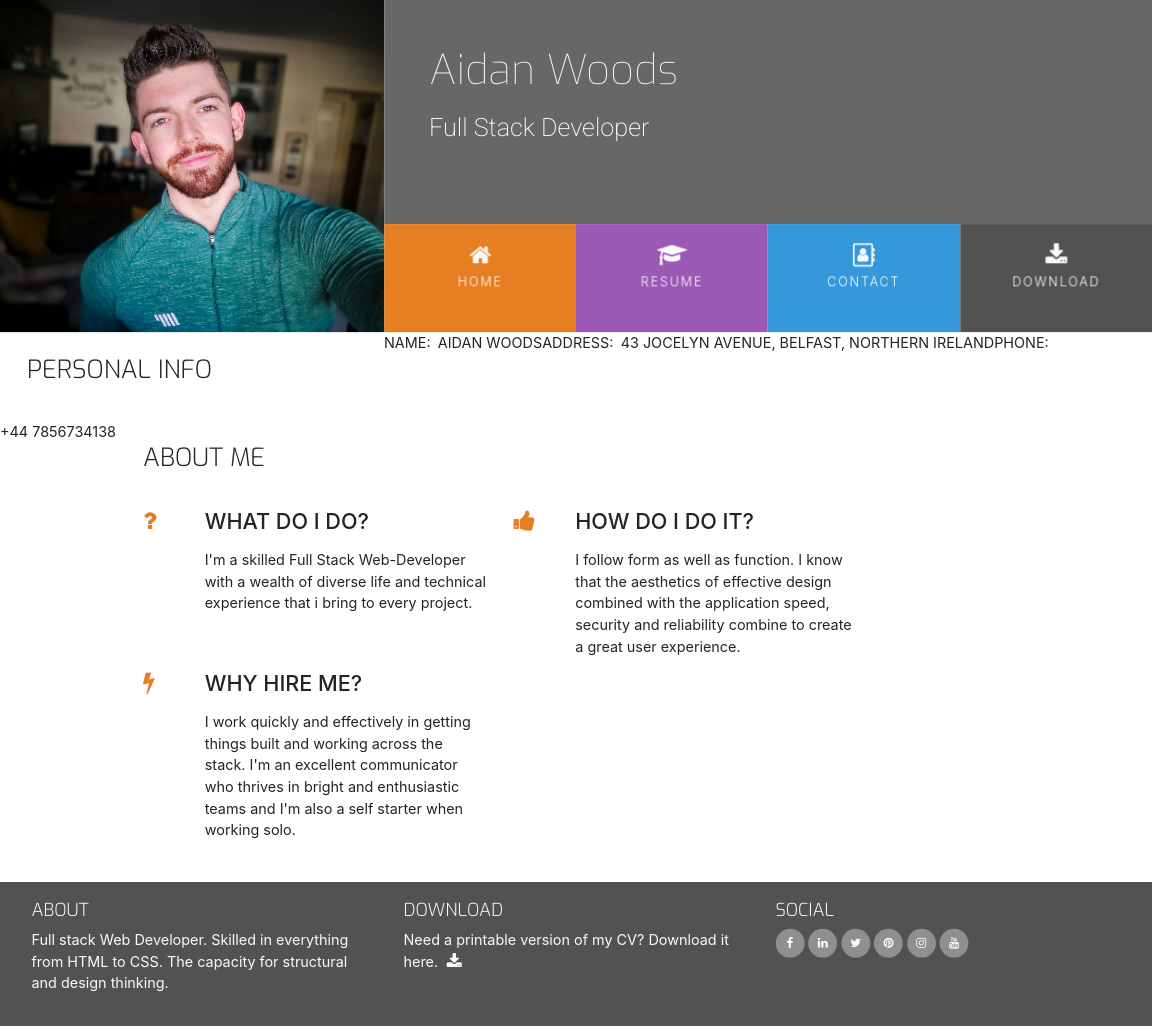
Repository: woodsyboi/Resume
Page: index.html
The author's editor kept a record of every edit. The page is drawn from the files as they stood at one moment, then again after the next edit.
The browser window is 1280 px wide. The pictures show the whole page, at 90% of full size.

Above is the page before.

### index.html
<!DOCTYPE html>
<html lang="en">

<head>
    <meta charset="UTF-8">
    <meta name="viewport" content="width=device-width, initial-scale=1.0">
    <meta http-equiv="X-UA-Compatible" content="ie=edge">
    <link rel="stylesheet" href="https://stackpath.bootstrapcdn.com/bootstrap/4.3.1/css/bootstrap.min.css" type="text/css" />
    <link rel="stylesheet" href="https://stackpath.bootstrapcdn.com/font-awesome/4.7.0/css/font-awesome.min.css" type="text/css" />
    <link rel="stylesheet" href="https://cdnjs.cloudflare.com/ajax/libs/hover.css/2.3.1/css/hover-min.css
" type="text/css" />
    <link rel="stylesheet" href="assets/css/style.css" type="text/css" />
    <title>Aidan</title>
</head>

<body>
    <header>
        <div class="row no-gutters">
            <a href="index.html" class="col-md-4 logo">

            </a>
            <div class="col-md-8">
                <div class="row no-gutters bg-color-name-title">
                    <div class="col heading">
                        <h1 class="name">Aidan Woods</h1>
                        <h2 class="title">Full Stack Developer</h2>
                    </div>

                </div>
                <div class="row no-gutters">
                    <div class="col">
                        <ul id="nav" class="list-inline menucontainer">
                            <li class="col-6 col-sm-3 ui-menu-color-home list-inline-item menuitem">
                                <a href="#" class="hvr-sweep-to-bottom"><i class="fa fa-home"></i><span>Home</span></a>
                            </li>
                            <li class="col-6 col-sm-3 ui-menu-color-resume list-inline-item menuitem">
                                <a href="#" class="hvr-sweep-to-bottom"><i class="fa fa-graduation-cap"></i><span>Resume</span></a>
                            </li>
                            <li class="col-6 col-sm-3 ui-menu-color-contact list-inline-item menuitem">
                                <a href="#" class="hvr-sweep-to-bottom"><i class="fa fa-address-book-o"></i><span>Contact</span></a>
                            </li>
                            <li class="col-6 col-sm-3 ui-menu-color-download list-inline-item menuitem">
                                <a href="#" class="hvr-sweep-to-bottom"><i class="fa fa-download"></i><span>Download</span></a>
                            </li>
                        </ul>
                    </div>
                </div>

            </div>
        </div>
    </header>

    <section class="container-fluid">

        <div class="row ">
            <div class="col-md-4 bg-color-personal-infor section-coloum">
                <div class="col-12">
                    <h3 class="section-heading uppercase">
                        Personal Info
                    </h3>
                </div>
            </div>
            <div class="personal-info-item">
                <div class="key">
                    <p class="uppercase">
                        Name:

                    </p>

                </div>
            </div>
            <div class="value">
                <p class="uppercase">
                    Aidan Woods
                </p>
            </div>
             <div class="personal-info-item">
                <div class="key">
                    <p class="uppercase">
                        Address:

                    </p>

                </div>
            </div>
            <div class="value">
                <p class="uppercase">
                    43 Jocelyn Avenue, Belfast, Northern Ireland
                </p>
            </div>
             <div class="personal-info-item">
                <div class="key">
                    <p class="uppercase">
                        Phone:

                    </p>

                </div>
            </div>
            <div class="value">
                <p class="uppercase">
                    +44 7856734138
                </p>
            </div>
            <div class="col-md-8 bg-color-three-reasons section-column">
                <div class="row">
                    <div class="col">
                        <h3 class="section-heading uppercase">About Me</h3>
                    </div>
                </div>
                <div class="row">
                    <div class="col-10 offset-1 offset-sm-0 col-sm-4 col-md-6">
                        <div class="row">
                            <div class="col-2">
                                <i class="three-reasons-icon fa fa-question" aria-hidden="true"></i>
                            </div>
                            <div class="col-10">
                                <h4 class="three-reasons-heading uppercase"> What do I do?</h4>
                                <p>
                                    I'm a skilled Full Stack Web-Developer with a wealth of diverse life and technical experience that i bring to every project.
                                </p>
                            </div>
                        </div>
                    </div>
                    <div class="col-10 offset-1 offset-sm-0 col-sm-4 col-md-6">
                        <div class="row">
                            <div class="col-2">
                                <i class="three-reasons-icon fa fa-thumbs-up" aria-hidden="true"></i>
                            </div>
                            <div class="col-10">
                                <h4 class="three-reasons-heading uppercase"> How Do I Do It?</h4>
                                <p>
                                    I follow form as well as function. I know that the aesthetics of effective design combined with the application speed, security and reliability combine to create a great user experience.

                                </p>
                            </div>
                        </div>
                    </div>
                    <div class="col-10 offset-1 offset-sm-0 col-sm-4 col-md-6">
                        <div class="row">
                            <div class="col-2">
                                <i class="three-reasons-icon fa fa-bolt" aria-hidden="true"></i>
                            </div>
                            <div class="col-10">
                                <h4 class="three-reasons-heading uppercase"> Why Hire Me?</h4>
                                <p>
                                    I work quickly and effectively in getting things built and working across the stack. I'm an excellent communicator who thrives in bright and enthusiastic teams and I'm also a self starter when working solo.
                                </p>
                            </div>
                        </div>
                    </div>


                </div>
            </div>
        </div>

    </section>


    <footer class="container-fluid">
        <div id="footer-details" class="row">
            <div class="col-sm-4">
                <h5 class="uppercase general-sub">About</h5>
                <p class="inline-block">
                    Full stack Web Developer. Skilled in everything from HTML to CSS. The capacity for structural and design thinking.</p>

            </div>
            <div class="col-sm-4">
                <h5 class="uppercase general-sub">Download</h5>
                <p class="inline-block">
                    Need a printable version of my CV? Download it here.
                    <a href="#" target="_blank" class="cv-pdf">
                        <i class="fa fa-download" aria-hidden="true"></i>
                        <span class="sr-only"> Download Link.</span>
                    </a>
                </p>

            </div>
            <div class="col-sm-4">
                <h5 class="uppercase general-sub">Social</h5>
                <ul class="list-inline social-links">
                    <li class="list-inline-item">
                        <a target="_blank" href="#">
                            <i class="fa fa-facebook" aria-hidden="true"></i>
                            <span class="sr-only">Facebook</span>
                        </a>
                    </li>
                    <li class="list-inline-item">
                        <a target="_blank" href="#">
                            <i class="fa fa-linkedin" aria-hidden="true"></i>
                            <span class="sr-only">LinkedIn</span>
                        </a>
                    </li>
                    <li class="list-inline-item">
                        <a target="_blank" href="#">
                            <i class="fa fa-twitter" aria-hidden="true"></i>
                            <span class="sr-only">Twitter</span>
                        </a>
                    </li>
                    <li class="list-inline-item">
                        <a target="_blank" href="#">
                            <i class="fa fa-pinterest" aria-hidden="true"></i>
                            <span class="sr-only">Pinterest</span>
                        </a>
                    </li>
                    <li class="list-inline-item">
                        <a target="_blank" href="#">
                            <i class="fa fa-instagram" aria-hidden="true"></i>
                            <span class="sr-only">Instagram</span>
                        </a>
                    </li>
                    <li class="list-inline-item">
                        <a target="_blank" href="#">
                            <i class="fa fa-youtube" aria-hidden="true"></i>
                            <span class="sr-only">YouTube</span>
                        </a>
                    </li>
                </ul>

            </div>
        </div>
    </footer>

</body>

</html>

### assets/css/style.css
@import url('https://fonts.googleapis.com/css?family=Roboto:100,200,300,400,500,600,700|Exo:100,200,300,400,500,600,700');


/*------------------------------Colors--------*/

.bg-color-name-title {
    background-color: #676767;
}


.bg-color-three-reasons {
    background-color:#fff;
}

.bg-color-personal-info {
    background-color: #f4f4f4;
}

.ui-menu-color-home {
    background-color: #e67e22;

}

.ui-menu-color-resume {
    background-color: #9b59b6;

}

.ui-menu-color-contact {
    background-color: #3498db;

}

.ui-menu-color-download {
    background-color: #525252;

}


/*----------------------------special paddings/margins/text*/

h1,
h2,
h3,
h4 {
    margin: 0;
}

.uppercase {
    text-transform: uppercase;
}

.general-sub {
    font-family:"Exo", sans-serif;
    font-weight: 300;
    color: #fafafa;
}

.inline-block{
    display:inline-block;
}

.row-table {
    display:table;
}

.section-column {
    display:table-cell;
    padding:0 30px 30px;
    float:none;
}

.section-heading{
    font-family:"Exo", sans-serif;
    font-weight: 300;
    margin-top: 25px;
    margin-bottom: 40px;
}
/*-------------------------------Heading--------*/

header {

    margin: 0;

}

.heading {
    margin-left: 50px;

}

.logo {
    background: url("../images/my_face.jpg");
    background-position: center;
    background-repeat: no-repeat;
    background-size: cover;
    min-height: 360px;
    transition: all .5s ease-in-out;
    -moz-transition: all .5s ease-in-out;
    -webkit-transition: all .5s ease-in-out;
}

.name {
    font-family: "Exo", sans-serif;
    font-weight: 100;
    font-size: 46px;
    margin-top: 50px;
    color: #fff;

}

.title {
    font-family: "Roboto", sans-serif;
    font-weight: 200;
    font-size: 28px;
    margin-top: 20px;
    margin-bottom: 90px;
    color: #fff;

}

.list-inline-item:not(:last-child) {
    margin: 0;
}

.menucontainer {
    font-size: 0;
}

#nav {
    margin: 0;
}

#nav li {
    font-size: 14px;
    padding: 0;
}


.menuitem {
    height: 120px;
    text-align: center;
    padding: 0;

}

.menuitem a {
    width: 100%;
    text-decoration: none;
    color: #fff;
    height: 120px;

}

.menuitem a i {
    padding-top: 22px;
    display: block;
    color: #fafafa;
    font-size: 26px;


}

.menuitem span {
    display: block;
    width: 100%;
    padding-top: 5px;
    text-align: center;
    text-transform: uppercase;
    font-size: 14px;
    font-weight: 300;
    letter-spacing: 2px;

}



/*----------------------------hover*/

.hvr-sweep-to-bottom:before {
    background-color: rgba(0, 0, 0, 0.2);
    height: 120px;

}


/*-------------------------------footer--------*/

footer{
    background-color: #525252;
    color:#fafafa;
    min-height: 120px;
}


.cv-pdf i{
   font-size: 18px;
   color: #fafafa;
   text-align: center;
   padding-left: 5px;
   transition: all 0.35s ease-in-out;
   -moz-transition: all 0.35s ease-in-out;
   -webkit-transition: all 0.35s ease-in-out;
   -o-transition: all 0.35s ease-in-out;

}

.cv-pdf i:hover {
    color:#e84710;
}

.social-links{
    padding-bottom: 15px;
}

.social-links li a i {
    width:32px;
    height:32px;
    padding:12px 0;
    border-radius:50%;
    font-size: 13px;
    line-height: 7px;
    text-align:center;
    color:#fafafa;
    background:#8f8f8f;
    transition: all 0.35s ease-in-out;
   -moz-transition: all 0.35s ease-in-out;
   -webkit-transition: all 0.35s ease-in-out;
   -o-transition: all 0.35s ease-in-out;

}

.social-links li a i:hover {
    background:#e84710;
}

#footer-details {
    padding:20px;
}

/*-------------------------------Three reasons--------*/

.three-reasons-icon {
    font-size:26px;
    color: #e67e22;
}

.three-reasons-heading {
    margin-bottom: 15px;
}

/*------------------------------Personal Info--------*/

.personal-info-item {
    margin-bottom:20px;
    display: block;
    clear: both;
}

.personal-info-item .key,
.personal-info-item .value {
    padding-right:8px;
    display:inline-block;

}

.personal-info-item .key p,
.personal-info-item .value p{
    margin:0;
}

After the next edit:
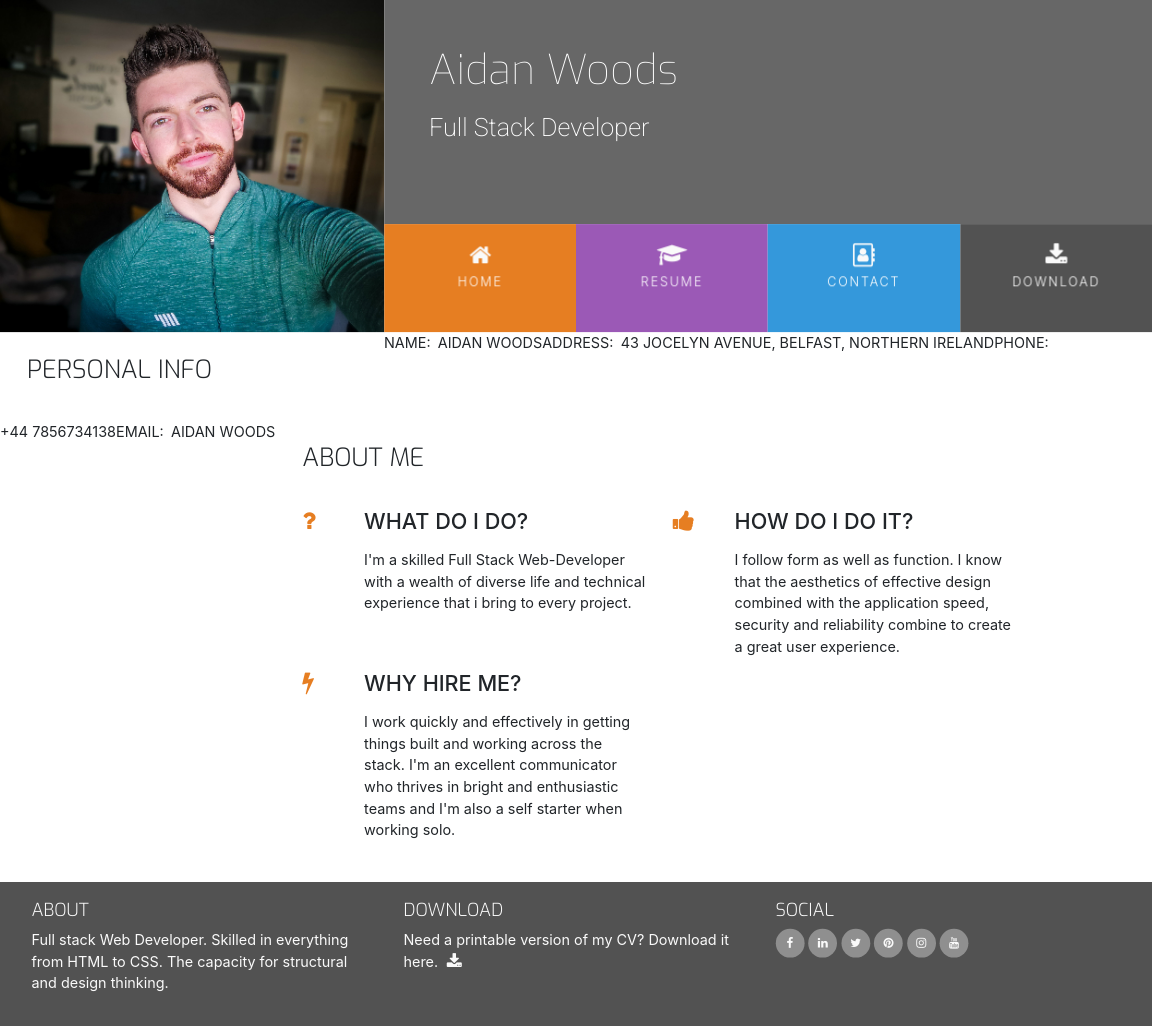
The edit:
--- a/index.html
+++ b/index.html
@@ -102,6 +102,20 @@
                     +44 7856734138
                 </p>
             </div>
+             <div class="personal-info-item">
+                <div class="key">
+                    <p class="uppercase">
+                        Email:
+
+                    </p>
+
+                </div>
+            </div>
+            <div class="value">
+                <p class="uppercase">
+                    Aidan Woods
+                </p>
+            </div>
             <div class="col-md-8 bg-color-three-reasons section-column">
                 <div class="row">
                     <div class="col">
